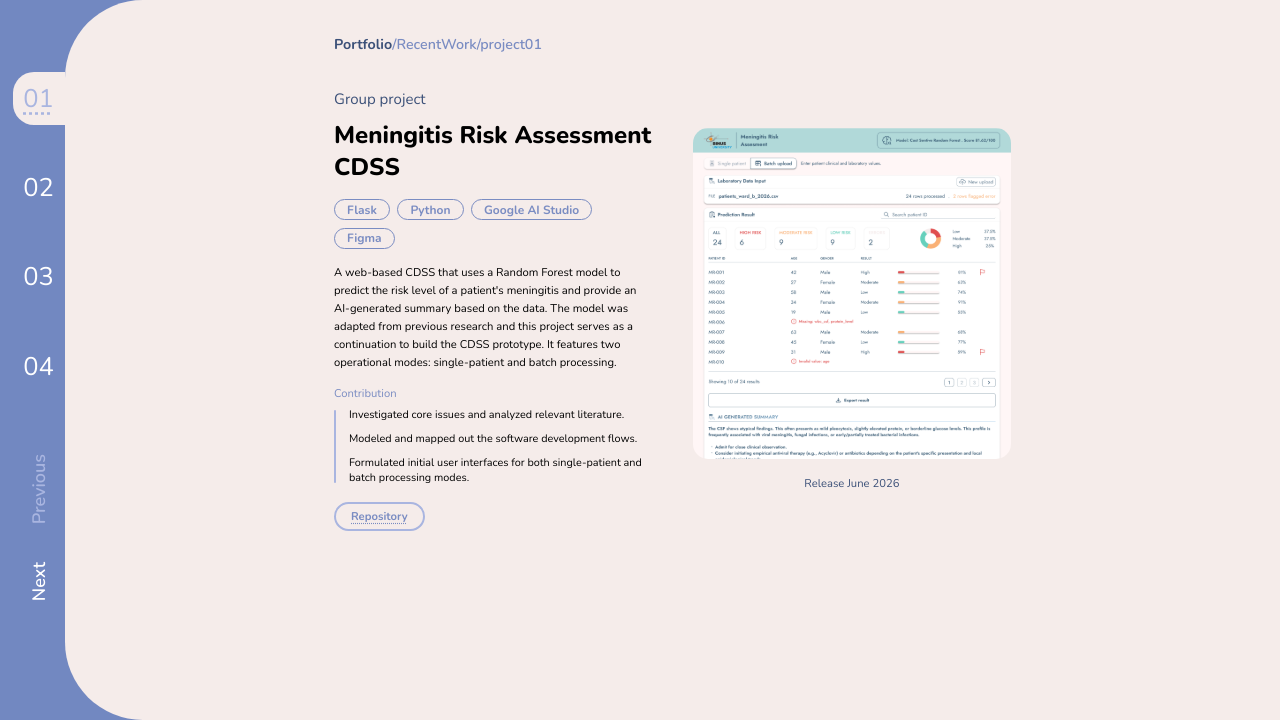
Repository: L-vy/L-vy
Page: /recentworks/project01
These files come from the project's save history. The page is drawn as it stood at one moment and after the next save; the edit follows.
The browser window is 1280 px wide. The pictures show the whole page.
Some web fonts or font styles are not loaded; a fallback is used. The project was rebuilt for these pictures with package versions that can differ from the ones it lists, and the page was loaded fresh each time. Also part of the build but not shown: vite.config.ts, src/components/Icon.tsx, src/data/site.ts, src/components/useGoTo.ts, src/components/Navbar.tsx, src/components/Hero.tsx, src/components/Reveal.tsx, src/components/Skills.tsx and 9 more.

Above is the page before, as saved 2026-10-07 20:27:34.

After the next save:
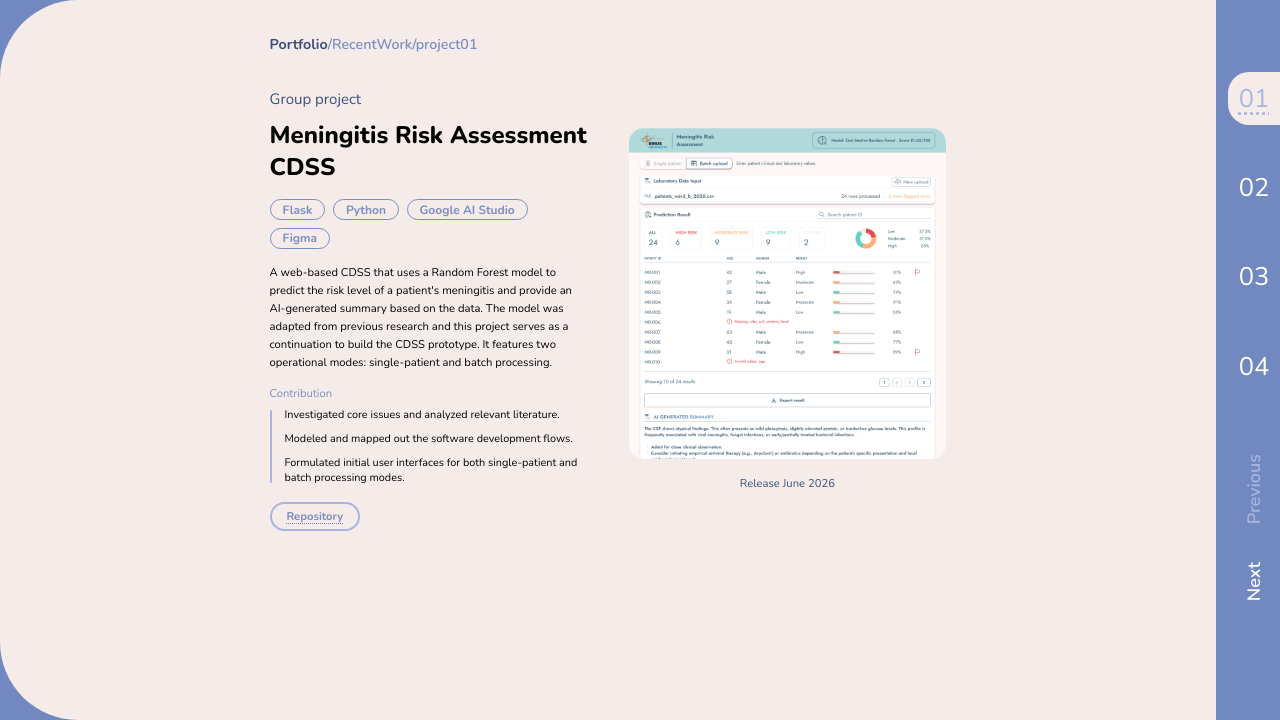
Saved 112 s later.
--- a/src/pages/ProjectDetails.tsx
+++ b/src/pages/ProjectDetails.tsx
@@ -10,7 +10,6 @@ export default function ProjectDetails() {
   const p = projects[i]
   return (
     <div className="detail-shell">
-      <ProjectSidebar index={i} />      {/* first in the DOM = left side */}
       <main className="page detail">
         <p className="path">
         <button className="crumb" onClick={() => nav('/', { state: { scrollTo: 'recent-works' } })}><b>Portfolio</b>/RecentWork</button>/{p.id}
@@ -33,6 +32,7 @@ export default function ProjectDetails() {
         </figure>
       </div>
       </main>
+      <ProjectSidebar index={i} />      {/* first in the DOM = left side */}
     </div>
   )
 }
